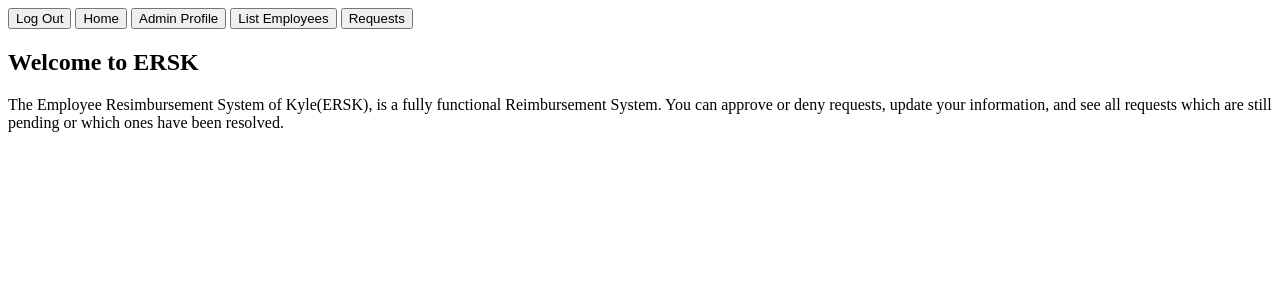
Repository: 1807-mehrab/project-1-KyleAButterfield
Page: ERSK/ERSK/src/main/webapp/ManagerHomePage.html
An editor plug-in stored every save of this project. The page is shown before and after the next save, followed by the edit.
The browser window is 1280 px wide. The pictures show the whole page.

Above is the page before, as saved 2018-08-01 20:08:51.

### ERSK/ERSK/src/main/webapp/ManagerHomePage.html
<!DOCTYPE html>
<html>
<head>
<meta charset="ISO-8859-1">
<title>ERSK-Home Page</title>
	<nav>
	<div>
	<input type="button" onClick="AdminLogout()" value="Log Out">
	<input type="button" onClick="HomePage()" value="Home">
	<input type="button" onClick ="GetInfo()" value="Admin Profile">
	<input type="button" onClick="GetAllEmployees()" value="List Employees">
	<input type="button" onClick="LoadAdminRequestPage()" value="Requests">
	</div>
	</nav>
	<script src="Adminfunctions.js"></script>
</head>
<body>
	<div id="body">
	<h2>Welcome to ERSK</h2>
	<p>The Employee Resimbursement System of Kyle(ERSK), is a fully functional Reimbursement System.
	 You can approve or deny requests, update your information,  and see all requests which are still pending
	 or which ones have been resolved.   </p>

	</div>
	<div id="lower">
	</div>

</body>

</html>

### ERSK/ERSK/src/main/webapp/Adminfunctions.js
function login(){
	let xhr = new XMLHttpRequest();
	xhr.onreadystatechange = function(){
		if(this.readyState == 4 && this.status == 200){
			let result = JSON.parse(xhr.responseText).result;
			window.location = "http//localhost:8888/ERSK/EmployeeHomePage.html";
		}
	}
	let username = document.getElementById("username").elements.item(0).value;
	let password = document.getElementById("password").elements.item(1).value;
	xhr.open('POST', 'http://localhost:8888/ERSK/Login');
	let json = JSON.stringify({
		username : username,
		pasword : password
	});
	xhr.send(json);
}
function AdminLogout(){
	window.location = 'http://localhost:8888/ERSK/adminLogout';

}

function GetAllEmployees(){
	let xhr = new XMLHttpRequest();
	xhr.onreadystatechange = function(){
		if(this.readyState == 4 && this.status == 200){
			let result = JSON.parse(xhr.responseText);
			let employees = result[0];
			let managers = result[1];
			var employeeText = ``;
			var managerText = ``;
			for (var i=0; i<employees.length; i++) {
				employeeText += `
				<tr>
			       <td>${employees[i].userId}</td>
			       <td>${employees[i].firstName}</td>
			       <td> ${employees[i].lastName}</td>
			    </tr>`;
			}

			for (var i=0; i<managers.length; i++) {
				managerText += `
				<tr>
			       <td>${managers[i].adminId}</td>
			       <td>${managers[i].firstName}</td>
			       <td> ${managers[i].lastName}</td>
			    </tr>`;
			}
	           document.getElementById('body').innerHTML =
		           `<table class="table table-striped">
		               <caption><strong>Employees:</strong></caption>
		               <thead>
		                   <th>Employee Id</th>
		                   <th>First Name</th>
		                   <th>Last Name</th>
		               </thead>
		               <tbody>`
		               +employeeText+
		               `</tbody>
		           </table>
		           <br>
		           <table class="table table-striped">
		               <caption><strong>Managers:</strong></caption>
		               <thead>
		                   <th>Employee Id</th>
		                   <th>First Name</th>
		                   <th>Last Name</th>
		               </thead>
		               <tbody>`
		               +managerText+
		               `</tbody>
		           </table>
		           	`;
		}
	}
	xhr.open('POST','http://localhost:8888/ERSK/getAllEmployees');
	xhr.send();
}

function GetInfo(){
	let xhr = new XMLHttpRequest();
	xhr.onreadystatechange = function(){
		if(this.readyState == 4 && this.status == 200){
			let result = JSON.parse(xhr.responseText);
			let address = result.address;
			let phone = result.phone;
			document.getElementById('body').innerHTML=`
			<H1> This is your info </H1>
			<p>Address `+address+`</p>
			<p>Phone -`+phone+ `</p>
			<div>
			<input type="button" onClick="ToUpdateInfo()" value="Update Info">
			</div>`

		}
	}
	xhr.open('POST', 'http://localhost:8888/ERSK/getAdminInfo');
	xhr.send();

}
function ToUpdateInfo(){
	document.getElementById('body').innerHTML=`
		<H1>Please Update your information.
		 Only put numerical values for your phone number</H2>
		 <form id="infoForm">
		 <label>Address</label>
		<input type="text" name ="address">
		<br>
		<label>Phone</label>
		<input type="number" name="phone number">
		<div>
			<input type="button" onClick="UpdateInfo()" value="Update Info">
		</div>
		</form>`
}
function UpdateInfo(){
	let xhr = new XMLHttpRequest();
	xhr.onreadystatechange = function(){
	if(this.readyState == 4 && this.status == 200){
		GetInfo();
		}
	}
	let address = document.getElementById('infoForm').elements.item(0).value;
	let phone = document.getElementById('infoForm').elements.item(1).value;
	let json = JSON.stringify({
		address : address,
		phone : phone,
		adminID: 0
	});
	xhr.open('POST', 'http://localhost:8888/ERSK/updateAdminInfo')
	xhr.send(json);
}
function HomePage(){
	document.getElementById('body').innerHTML=`
	<h2>Welcome to ERSK</h2>
	<p>The Employee Resimbursement System of Kyle(ERSK), is a fully functional Reimbursement System.
	 You can approve or deny requests, update your information,  and see all requests which are still pending
	 or which ones have been resolved.   </p>`
}

function LoadAdminRequestPage(){
	document.getElementById('body').innerHTML = `
	<h3>From here you can view all requests of every user, all pending, denied or resolved requests.
	For look up requests based off of an Employees ID</h3>
	<div>
	   <input type="button" onClick="LoadAllRequests()" value="View All">
	   <input type="button" onClick="LoadAllPendingRequests()" value="View Pending">
	   <input type="button" onClick="LoadAllDeniedRequests()" value="View Denied">
       <input type="button" onClick="LoadAllResolvedRequests()" value="View Resolved">
	   <input type="button" onClick="SearchSpecific()" value="Search By ID">
	</div>`;
}

function LoadAllRequests(){
	let xhr = new XMLHttpRequest();
	xhr.onreadystatechange = function(){
		if (this.readyState == 4 && this.status == 200) {
			 var ticketlist = ``;
	           var tickets = JSON.parse(xhr.responseText);
	           //console.log(ticket[1]);

	           // this is not working into a table.
	           for (var i=0; i<tickets.length; i++) {
	        	   let json = JSON.stringify({
	        			requestID : tickets[i].requestID,
	        			description : tickets[i].description,
	        			amount : tickets[i].amount,
	        			status : tickets[i].status,
	        			userId : tickets[i].userId
	        		});
	        	   if(tickets[i].status === "Pending"){

	        		   ticketlist += `
			               <tr>
			                   <td>${tickets[i].requestID}</td>
			                   <td>${tickets[i].description}</td>
			                   <td>$ ${tickets[i].amount}</td>
			                   <td>${tickets[i].status}</td>
			                   <td>${tickets[i].userId}</td>
			                   <td><button type="button" onClick='TakeAction(${json})'>Take Action</button></td>
			               </tr>`;
	        	   }else{
	        		   ticketlist += `
	    	               <tr>
	    	                   <td>`+tickets[i].requestID+`</td>
	    	                   <td>`+tickets[i].description+`</td>
	    	                   <td>$ `+tickets[i].amount+`</td>
	    	                   <td>`+tickets[i].status+`</td>
	    	                   <td>`+tickets[i].userId+`</td>
	    	               </tr>`;
	        	   }
	           }
	           document.getElementById('body').innerHTML =
	           `<table class="table table-striped">
	               <caption>Your Reimbursements Requests:</caption>
	               <thead>
	                   <th>Request Id</th>
	                   <th>Description</th>
	                   <th>Amount</th>
	                   <th>Status</th>
	                   <th>User Id</th>
	                   <th>Action</th>
	                   <th>Image</th>
	               </thead>
	               <tbody>`
	               +ticketlist+
	               `</tbody>
	           </table>
	           	<div>
	               <input type="button" onClick="LoadAllRequests()" value="View All">
	               <input type="button" onClick="LoadAllPendingRequests()" value="View Pending">
	               <input type="button" onClick="LoadAllDeniedRequests()" value="View Denied">
	               <input type="button" onClick="LoadAllResolvedRequests()" value="View Resolved">
	               <input type="button" onClick="SearchSpecific()" value="Search By ID">
	            </div>`;
		}

	}
	xhr.open('POST','http://localhost:8888/ERSK/getEveryRequest');
	xhr.send();
}

function LoadAllPendingRequests(){
	let xhr = new XMLHttpRequest();
	xhr.onreadystatechange = function(){
		if (this.readyState == 4 && this.status == 200) {
			 var ticketlist = ``;
	           var tickets = JSON.parse(xhr.responseText);
	           //console.log(ticket[1]);

	           // this is not working into a table.
	           for (var i=0; i<tickets.length; i++) {
	        	   let json = JSON.stringify({
	        			requestID : tickets[i].requestID,
	        			description : tickets[i].description,
	        			amount : tickets[i].amount,
	        			status : tickets[i].status,
	        			userId : tickets[i].userId
	        		});

		        	   ticketlist += `
			               <tr>
			                   <td>${tickets[i].requestID}</td>
			                   <td>${tickets[i].description}</td>
			                   <td>$ ${tickets[i].amount}</td>
			                   <td>${tickets[i].status}</td>
			                   <td>${tickets[i].userId}</td>
			                   <td><button type="button" onClick='TakeAction(${json})'>Take Action</button></td>
			               </tr>`;



	           }
	           document.getElementById('body').innerHTML =
	           `<table class="table table-striped">
	               <caption>Your Reimbursements Requests:</caption>
	               <thead>
	        	   	   <th>Request Id</th>
	                   <th>Description</th>
	                   <th>Amount</th>
	                   <th>Status</th>
	                   <th>User Id</th>
	                   <th>Image</th>
	               </thead>
	               <tbody>`
	               +ticketlist+
	               `</tbody>
	           </table>
	           	<div>
	               <input type="button" onClick="LoadAllRequests()" value="View All">
	               <input type="button" onClick="LoadAllPendingRequests()" value="View Pending">
	               <input type="button" onClick="LoadAllDeniedRequests()" value="View Denied">
	               <input type="button" onClick="LoadAllResolvedRequests()" value="View Resolved">
	               <input type="button" onClick="SearchSpecific()" value="Search By ID">
	            </div>`;
		}

	}
	xhr.open('POST','http://localhost:8888/ERSK/getEveryPendingRequest');
	xhr.send();
}

function LoadAllDeniedRequests(){
	let xhr = new XMLHttpRequest();
	xhr.onreadystatechange = function(){
		if (this.readyState == 4 && this.status == 200) {
			 var ticketlist = ``;
	           var tickets = JSON.parse(xhr.responseText);
	           //console.log(ticket[1]);

	           // this is not working into a table.
	           for (var i=0; i<tickets.length; i++) {
	               ticketlist += `
	               <tr>
	                   <td>`+tickets[i].requestID+`</td>
	                   <td>`+tickets[i].description+`</td>
	                   <td>$ `+tickets[i].amount+`</td>
	                   <td>`+tickets[i].status+`</td>
	                   <td>`+tickets[i].userId+`</td>
	               </tr>`;
	                console.log(tickets[i]);
	           }
	           document.getElementById('body').innerHTML =
	           `<table class="table table-striped">
	               <caption>Your Reimbursements Requests:</caption>
	               <thead>
	                   <th>Request Id</th>
	                   <th>Description</th>
	                   <th>Amount</th>
	                   <th>Status</th>
	                   <th>User Id</th>
	                   <th>Image</th>
	               </thead>
	               <tbody>`
	               +ticketlist+
	               `</tbody>
	           </table>
	           	<div>
	               <input type="button" onClick="LoadAllRequests()" value="View All">
	               <input type="button" onClick="LoadAllPendingRequests()" value="View Pending">
	               <input type="button" onClick="LoadAllDeniedRequests()" value="View Denied">
	               <input type="button" onClick="LoadAllResolvedRequests()" value="View Resolved">
	               <input type="button" onClick="SearchSpecific()" value="Search By ID">
	            </div>`;
		}

	}
	xhr.open('POST','http://localhost:8888/ERSK/getEveryDeniedRequest');
	xhr.send();
}

function LoadAllResolvedRequests(){
	let xhr = new XMLHttpRequest();
	xhr.onreadystatechange = function(){
		if (this.readyState == 4 && this.status == 200) {
			 var ticketlist = ``;
	           var tickets = JSON.parse(xhr.responseText);
	           //console.log(ticket[1]);

	           // this is not working into a table.
	           for (var i=0; i<tickets.length; i++) {
	               ticketlist += `
	               <tr>
	                   <td>`+tickets[i].requestID+`</td>
	                   <td>`+tickets[i].description+`</td>
	                   <td>$ `+tickets[i].amount+`</td>
	                   <td>`+tickets[i].status+`</td>
	                   <td>`+tickets[i].userId+`</td>
	               </tr>`;
	                console.log(tickets[i]);
	           }
	           document.getElementById('body').innerHTML =
	           `<table class="table table-striped">
	               <caption>Your Reimbursements Requests:</caption>
	               <thead>
	                   <th>Request Id</th>
	                   <th>Description</th>
	                   <th>Amount</th>
	                   <th>Status</th>
	                   <th>User Id</th>
	                   <th>Image</th>
	               </thead>
	               <tbody>`
	               +ticketlist+
	               `</tbody>
	           </table>
	           	<div>
	               <input type="button" onClick="LoadAllRequests()" value="View All">
	               <input type="button" onClick="LoadAllPendingRequests()" value="View Pending">
	               <input type="button" onClick="LoadAllDeniedRequests()" value="View Denied">
	               <input type="button" onClick="LoadAllResolvedRequests()" value="View Resolved">
	               <input type="button" onClick="SearchSpecific()" value="Search By ID">
	            </div>`;
		}

	}
	xhr.open('POST','http://localhost:8888/ERSK/getEveryResolvedRequest');
	xhr.send();
}



function SearchSpecific(){
	document.getElementById('body').innerHTML =`
		 <form id="searchForm">
		 <label>Users Id</label>
		<input type="number" id="usersId">

		<div>
			<input type="button" onClick="PassUserIDAll()" value="View All">
			<input type="button" onClick="PassUserIDAllPending()" value="View Pending">
			<input type="button" onClick="PassUserIDAllDenied()" value="View Denied">
			<input type="button" onClick="PassUserIDAllResolved()" value="View Resolved">
		</div>
		</form>
	`;
}

function PassUserIDAll(){
	let userId = document.getElementById("searchForm").elements.item(0).value;
	LoadUsersRequests(userId);
}

function LoadUsersRequests(usersId){
	let xhr = new XMLHttpRequest();
	xhr.onreadystatechange = function(){
		if (this.readyState == 4 && this.status == 200) {
			 var ticketlist = ``;
	           var tickets = JSON.parse(xhr.responseText);
	           //console.log(ticket[1]);

	           // this is not working into a table.
	           for (var i=0; i<tickets.length; i++) {
	               ticketlist += `
	               <tr>
	                   <td>`+tickets[i].requestID+`</td>
	                   <td>`+tickets[i].description+`</td>
	                   <td>$ `+tickets[i].amount+`</td>
	                   <td>`+tickets[i].status+`</td>
	               </tr>`;
	                console.log(tickets[i]);
	           }
	           document.getElementById('body').innerHTML =
	           `<table class="table table-striped">
	               <caption>Your Reimbursements Requests:</caption>
	               <thead>
	                   <th>Request Id</th>
	                   <th>Description</th>
	                   <th>Amount</th>
	                   <th>Status</th>
	                   <th>Image</th>
	               </thead>
	               <tbody>`
	               +ticketlist+
	               `</tbody>
	           </table>
	           <div>
	               <input type="button" onClick="SearchSpecific()" value="Search By ID">
	           </div>`;
		}
	}


	xhr.open('POST','http://localhost:8888/ERSK/getAllRequestsForAdmin');
	xhr.send(usersId);
}

function PassUserIDAllPending(){
	let userId = document.getElementById("searchForm").elements.item(0).value;
	LoadUserPendingRequests(userId);
}
function LoadUserPendingRequests(userId){
	let xhr = new XMLHttpRequest();
	xhr.onreadystatechange = function(){
		if (this.readyState == 4 && this.status == 200) {
			 var ticketlist = ``;
	           var tickets = JSON.parse(xhr.responseText);
	           for (var i=0; i<tickets.length; i++) {
	        	   let json = JSON.stringify({
	        			requestID : tickets[i].requestID,
	        			description : tickets[i].description,
	        			amount : tickets[i].amount,
	        			status : tickets[i].status,
	        			userId : tickets[i].userId
	        		});
	        	   ticketlist += `
	               <tr>
	                   <td>${tickets[i].requestID}</td>
	                   <td>${tickets[i].description}</td>
	                   <td>$ ${tickets[i].amount}</td>
	                   <td>${tickets[i].status}</td>
	                   <td>${tickets[i].userId}</td>
	                   <td><button type="button" onClick='TakeAction(${json})'>Take Action</button></td>
	               </tr>`;


	           }

	           document.getElementById('body').innerHTML =
	           `<table class="table table-striped">
	               <caption>Your Reimbursements Requests:</caption>
	               <thead>
	                   <th>Request Id</th>
	                   <th>Description</th>
	                   <th>Amount</th>
	                   <th>Status</th>
	                   <th>User Id</th>
	                   <th>Action</th>
	                   <th>Image</th>
	               </thead>
	               <tbody>`
	               +ticketlist+
	               `</tbody>
	           </table>
	           <div>
	               <input type="button" onClick="SearchSpecific()" value="Search By ID">
	           </div>`;
		}
	}
	xhr.open('POST','http://localhost:8888/ERSK/getAllPendingRequestsForAdmin');
	xhr.send(userId);
}

function TakeAction(ticket){

	document.getElementById('body').innerHTML = `
	<h4>Request ID: ${ticket.requestID}</h4>
	<h4>Description: ${ticket.description}</h4>
	<h4>Amount: ${ticket.amount}</h4>
	<h4>User ID: ${ticket.userId}</h4>
	<input type="button" onClick="DenyRequest(${ticket.requestID})" value="Deny Request">
	<input type="button" onClick="ApproveRequest(${ticket.requestID})" value="Approve Request">
	`;
}

function DenyRequest(requestId){
	let xhr = new XMLHttpRequest();
	xhr.onreadystatechange = function(){
		if (this.readyState == 4 && this.status == 200) {
			LoadAllDeniedRequests();
		}
	}
	xhr.open('POST','http://localhost:8888/ERSK/denyRequest');
	xhr.send(requestId);
}

function ApproveRequest(requestId){
	let xhr = new XMLHttpRequest();
	xhr.onreadystatechange = function(){
		if (this.readyState == 4 && this.status == 200) {
			LoadAllResolvedRequests()
		}
	}
	xhr.open('POST','http://localhost:8888/ERSK/approveRequest');
	xhr.send(requestId);
}

function PassUserIDAllDenied(){
	let userId = document.getElementById("searchForm").elements.item(0).value;
	LoadUserDeniedRequests(userId);
}

function LoadUserDeniedRequests(userId){
	let xhr = new XMLHttpRequest();
	xhr.onreadystatechange = function(){
		if (this.readyState == 4 && this.status == 200) {
			 var ticketlist = ``;
	           var tickets = JSON.parse(xhr.responseText);
	           //console.log(ticket[1]);

	           // this is not working into a table.
	           for (var i=0; i<tickets.length; i++) {
	               ticketlist += `
	               <tr>
	                   <td>`+tickets[i].requestID+`</td>
	                   <td>`+tickets[i].description+`</td>
	                   <td>$ `+tickets[i].amount+`</td>
	                   <td>`+tickets[i].status+`</td>
	               </tr>`;
	                console.log(tickets[i]);
	           }
	           document.getElementById('body').innerHTML =
	           `<table class="table table-striped">
	               <caption>Your Reimbursements Requests:</caption>
	               <thead>
	                   <th>Request Id</th>
	                   <th>Description</th>
	                   <th>Amount</th>
	                   <th>Status</th>
	                   <th>Image</th>
	               </thead>
	               <tbody>`
	               +ticketlist+
	               `</tbody>
	           </table>
	           <div>
	               <input type="button" onClick="SearchSpecific()" value="Search By ID">
	           </div>`;
		}
	}
	xhr.open('POST','http://localhost:8888/ERSK/getAllDeniedRequestsForAdmin');
	xhr.send(userId);
}
function PassUserIDAllResolved(){
	let userId = document.getElementById("searchForm").elements.item(0).value;
	LoadUserResolvedRequests(userId);
}
function LoadUserResolvedRequests(userId){
	let xhr = new XMLHttpRequest();
	xhr.onreadystatechange = function(){
		if (this.readyState == 4 && this.status == 200) {
			 var ticketlist = ``;
	           var tickets = JSON.parse(xhr.responseText);
	           //console.log(ticket[1]);

	           // this is not working into a table.
	           for (var i=0; i<tickets.length; i++) {
	               ticketlist += `
	               <tr>
	                   <td>`+tickets[i].requestID+`</td>
	                   <td>`+tickets[i].description+`</td>
	                   <td>$ `+tickets[i].amount+`</td>
	                   <td>`+tickets[i].status+`</td>
	               </tr>`;
	                console.log(tickets[i]);
	           }
	           document.getElementById('body').innerHTML =
	           `<table class="table table-striped">
	               <caption>Your Reimbursements Requests:</caption>
	               <thead>
	                   <th>Request Id</th>
	                   <th>Description</th>
	                   <th>Amount</th>
	                   <th>Status</th>
	                   <th>Image</th>
	               </thead>
	               <tbody>`
	               +ticketlist+
	               `</tbody>
	           </table>
	           <div>
	              <input type="button" onClick="SearchSpecific()" value="Search By ID">
	           </div>`;
		}
	}
	xhr.open('POST','http://localhost:8888/ERSK/getAllResolvedRequestsForAdmin');
	xhr.send(userId);
}

function NewRequests(){
	document.getElementById('body').innerHTML=`
	 <form id="requestForm">
		 <label>Description</label>
		<input type="text" name ="description">
		<br>
		<label>Amount</label>
		<input type="number" name="amount">
		<br>
		<div>
			<input type="button" onClick="SubmitRequest()" value="Submit Request">
		</div>
		</form>`;
}

function SubmitRequest(){
	let xhr = new XMLHttpRequest();
	xhr.onreadystatechange = function(){
		if (this.readyState == 4 && this.status == 200) {
			LoadUsersRequests();
		}
	}
	let description = document.getElementById('requestForm').elements.item(0).value;
	let amount = document.getElementById('requestForm').elements.item(1).value;
	let json = JSON.stringify({
		requestID : 0,
		description : description,
		status : 'Pending',
		amount : amount,
		userId : 0
	});
	xhr.open('POST','http://localhost:8888/ERSK/submitRequest');
	xhr.send(json);
}

After the next save:
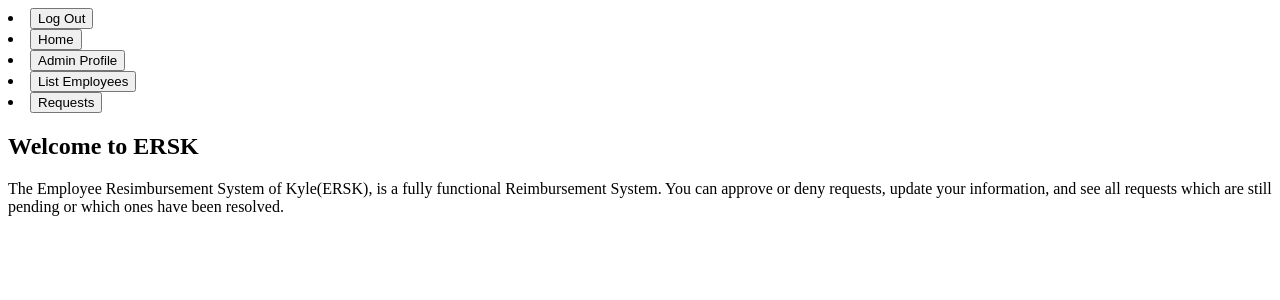
Saved 2 min 53 s later.
--- a/ERSK/ERSK/src/main/webapp/ManagerHomePage.html
+++ b/ERSK/ERSK/src/main/webapp/ManagerHomePage.html
@@ -3,13 +3,13 @@
 <head>
 <meta charset="ISO-8859-1">
 <title>ERSK-Home Page</title>
-	<nav>
-	<div>
-	<input type="button" onClick="AdminLogout()" value="Log Out">
-	<input type="button" onClick="HomePage()" value="Home">
-	<input type="button" onClick ="GetInfo()" value="Admin Profile">
-	<input type="button" onClick="GetAllEmployees()" value="List Employees">
-	<input type="button" onClick="LoadAdminRequestPage()" value="Requests">
+	<nav class="navbar navbar-expand-sm bg-dark navbar-dark">
+	<div id="dashboard" class="container-fluid">
+	<li class="nav-item"><input type="button" onClick="AdminLogout()" value="Log Out"></li>
+	<li class="nav-item"><input type="button" onClick="HomePage()" value="Home"></li>
+	<li class="nav-item"><input type="button" onClick ="GetInfo()" value="Admin Profile"></li>
+	<li class="nav-item"><input type="button" onClick="GetAllEmployees()" value="List Employees"></li>
+	<li class="nav-item"><input type="button" onClick="LoadAdminRequestPage()" value="Requests"> </li>
 	</div>
 	</nav>
 	<script src="Adminfunctions.js"></script>
